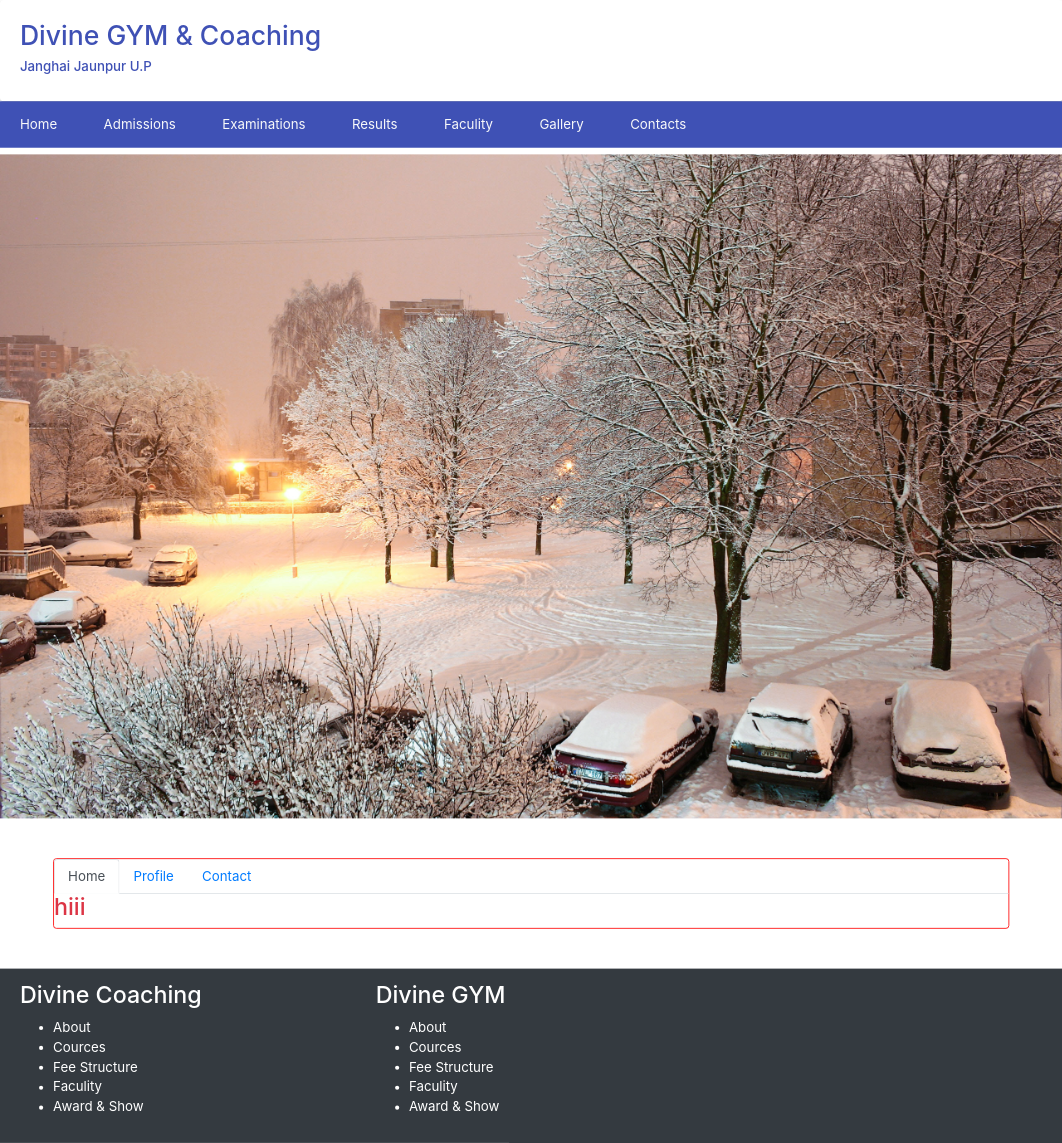
Repository: lalji-yadav/vikash-Coaching-frontend
Page: /gallery
The author's editor kept a copy of each file at every save. The page is drawn from the files as they stood at one save, then again after the next save.
The browser window is 1280 px wide. The pictures show the whole page, at 83% of full size.
The project was rebuilt for these pictures with package versions that can differ from the ones it lists, and the page was loaded fresh each time. Also part of the build but not shown: src/index.css, src/home/home.js, src/component/admission/admission.js, src/component/examination/examination.js, src/component/results/result.js, src/component/faculity/faculity.js.

Above is the page before, as saved 2021-04-11 14:34:48.

### public/index.html
<!DOCTYPE html>
<html lang="en">
  <head>
    <meta charset="utf-8" />
    <link rel="icon" href="%PUBLIC_URL%/favicon.ico" />
    <meta name="viewport" content="width=device-width, initial-scale=1" />
    <meta name="theme-color" content="#000000" />
    <meta
      name="description"
      content="Web site created using create-react-app"
    />


    <link rel="preconnect" href="https://fonts.gstatic.com">
    <link href="https://fonts.googleapis.com/css2?family=Open+Sans:wght@400;700&display=swap" rel="stylesheet">

    <link rel="apple-touch-icon" href="%PUBLIC_URL%/logo192.png" />
    <!--
      manifest.json provides metadata used when your web app is installed on a
      user's mobile device or desktop. See https://developers.google.com/web/fundamentals/web-app-manifest/
    -->
    <link rel="manifest" href="%PUBLIC_URL%/manifest.json" />


    <link rel="preconnect" href="https://fonts.gstatic.com">
<link href="https://fonts.googleapis.com/css2?family=Open+Sans&display=swap" rel="stylesheet">
    <!--
      Notice the use of %PUBLIC_URL% in the tags above.
      It will be replaced with the URL of the `public` folder during the build.
      Only files inside the `public` folder can be referenced from the HTML.

      Unlike "/favicon.ico" or "favicon.ico", "%PUBLIC_URL%/favicon.ico" will
      work correctly both with client-side routing and a non-root public URL.
      Learn how to configure a non-root public URL by running `npm run build`.
    -->
    <title>React App</title>
  </head>
  <body>
    <noscript>You need to enable JavaScript to run this app.</noscript>
    <div id="root"></div>
    <!--
      This HTML file is a template.
      If you open it directly in the browser, you will see an empty page.

      You can add webfonts, meta tags, or analytics to this file.
      The build step will place the bundled scripts into the <body> tag.

      To begin the development, run `npm start` or `yarn start`.
      To create a production bundle, use `npm run build` or `yarn build`.
    -->
  </body>
</html>

### src/App.js
import React from 'react';
import Header from "../src/header/header"
import { BrowserRouter } from 'react-router-dom';
import Footer from '../src/footer/footer'


function App() {
  return (
    <div style={{overflowX:"hidden"}}>

      <BrowserRouter>
          <Header />
      </BrowserRouter>


      {/* <Routers /> */}


      <Footer />

    </div>
  );
}

export default App;

### src/header/header.js
import React, { Component } from 'react';
import {Navbar, Nav } from 'react-bootstrap';
import { Card } from '@material-ui/core';
import { Link } from "react-router-dom";
import Routers from "../router/router"

class header extends Component {
    render() {
        return (
            <div>
                <Card className="py-4 pl-4">
                    <h2 style={{color:"#3f51b5"}}>Divine GYM & Coaching </h2>
                    <h6 style={{color:"#3f51b5"}}>Janghai Jaunpur U.P</h6>
                </Card>

                <Navbar style={{backgroundColor:"#3f51b5"}} variant="light" expand="lg">
                    <Navbar.Toggle aria-controls="basic-navbar-nav" />
                    <Navbar.Collapse id="basic-navbar-nav">
                    <Nav className="text-light">
                        <Nav.Link className="text-light pr-5" as={Link} to="/home">Home</Nav.Link>
                        <Nav.Link className="text-light pr-5" as={Link} to="/admission">Admissions</Nav.Link>
                        <Nav.Link className="text-light pr-5" as={Link} to="/examination">Examinations</Nav.Link>
                        <Nav.Link className="text-light pr-5" as={Link} to="/results">Results</Nav.Link>
                        <Nav.Link className="text-light pr-5" as={Link} to="/faculity">Faculity</Nav.Link>
                        <Nav.Link className="text-light pr-5" as={Link} to="/gallery">Gallery</Nav.Link>
                        <Nav.Link className="text-light pr-5" as={Link} to="/service">Contacts</Nav.Link>

                    </Nav>
                    </Navbar.Collapse>
                </Navbar>

                <Routers> </Routers>

            </div>
        );
    }
}

export default header;

### src/footer/footer.js
import React, { Component } from 'react';
// import { Card } from 'react-bootstrap';

class footer extends Component {
    render() {
        return (
              <div className="row bg-dark text-white mt-5 py-3 pl-4">

                  <div className="col-sm-4">
                  <h3> Divine Coaching </h3>
                  <ul>
                         <li> About </li>
                         <li> Cources </li>
                         <li> Fee Structure </li>
                         <li> Faculity </li>
                         <li> Award & Show </li>
                     </ul>
                  </div>

                  <div className="col-sm-4">
                  <h3> Divine GYM </h3>
                  <ul>
                         <li> About </li>
                         <li> Cources </li>
                         <li> Fee Structure </li>
                         <li> Faculity </li>
                         <li> Award & Show </li>
                     </ul>
                  </div>
              </div>
        );
    }
}

export default footer;

### src/router/router.js
import React, { Component } from 'react';
import {
    Switch,
    Route
  } from "react-router-dom";
  import Home from '../home/home'
  import Admission from "../component/admission/admission"
  import Examination from "../component/examination/examination"
  import Result from "../component/results/result"
  import Faculity from "../component/faculity/faculity"
import Gallery from '../component/gallery/gallery';

class router extends Component {
    render() {
        return (
            <div>
                   <Switch>
                    <Route exact path="/" component={Home} />
                    <Route exact path="/home" component={Home} />
                    <Route exact path="/admission" component={Admission} />
                    <Route exact path="/examination" component={Examination} />
                    <Route exact path="/results" component={Result} />
                    <Route exact path="/faculity" component={Faculity} />
                    <Route exact path="/gallery" component={Gallery} />
                    </Switch>

            </div>
        );
    }
}

export default router;

### src/component/gallery/gallery.js
import React, { Component } from "react";
import { Tab, Tabs } from "react-bootstrap";

class gallery extends Component {

  render() {
    return (

      <div>
        <div className="col-sm-12 mt-2 p-0">
          <img
            style={{ width: "100%", height: "50%" }}
            src={
              process.env.PUBLIC_URL + "/image/gallery/Admin/0 (22) - Copy.jpg"
            }
            alt=""
          />
        </div>

        <div className="mt-5 rounded" style={{ width: "90%", marginLeft: "5%", border:"1px solid red" }}>
          <Tabs defaultActiveKey="Home" id="uncontrolled-tab-example">
            <Tab className="text-danger" eventKey="Home" title="Home">
              <h3>hiii </h3>
            </Tab>
            <Tab eventKey="profile" title="Profile">
              <h3>profile </h3>
            </Tab>
            <Tab eventKey="contact" title="Contact">
              <h3>vghtrh </h3>
            </Tab>
          </Tabs>
        </div>
      </div>
    );
  }
}

export default gallery;

Loaded but not shown: src/index.js (common file); src/serviceWorker.js (common file)

After the next save:
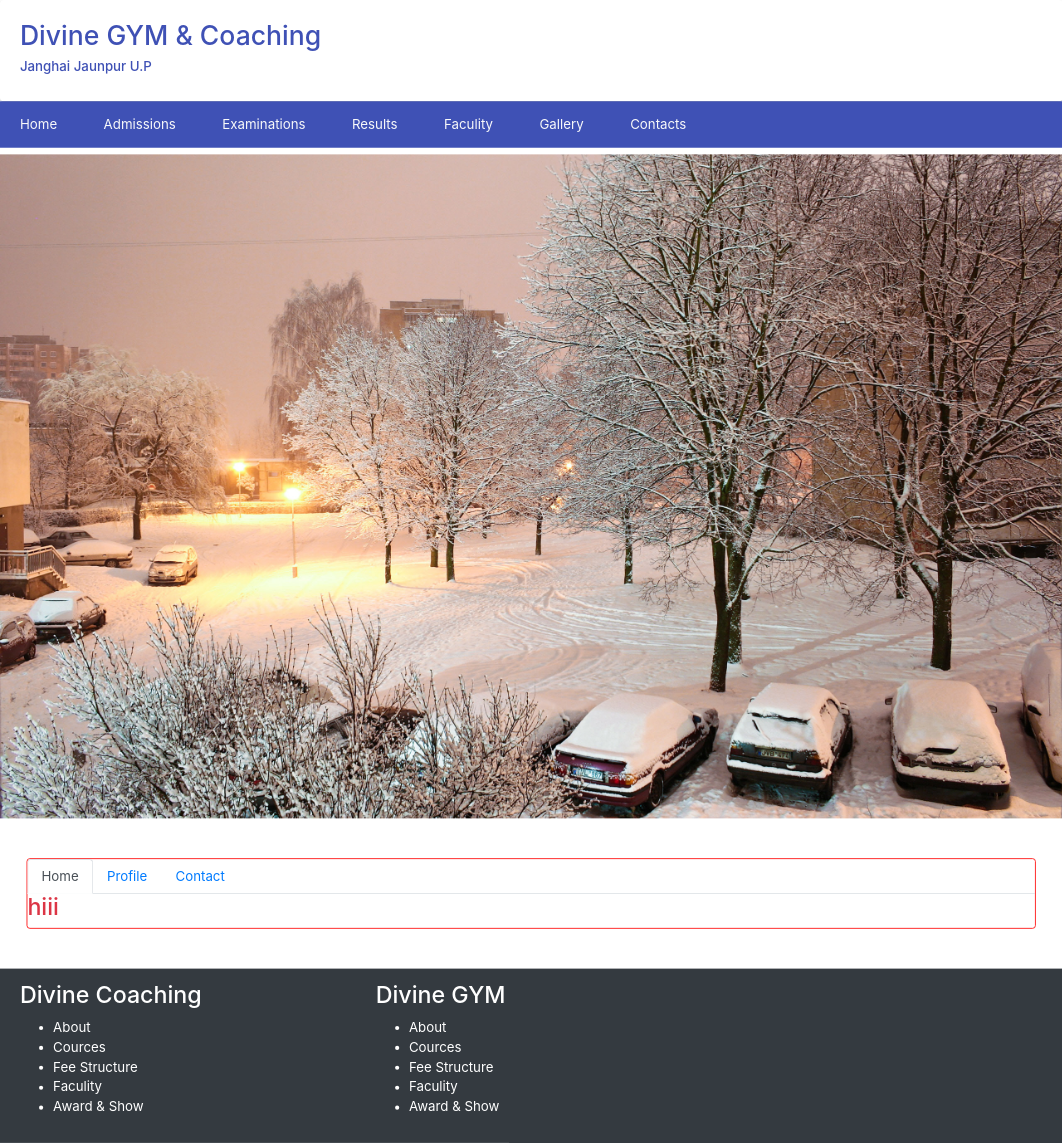
Saved 17 s later.
--- a/src/component/gallery/gallery.js
+++ b/src/component/gallery/gallery.js
@@ -17,7 +17,7 @@ class gallery extends Component {
           />
         </div>
 
-        <div className="mt-5 rounded" style={{ width: "90%", marginLeft: "5%", border:"1px solid red" }}>
+        <div className="mt-5 rounded" style={{ width: "95%", marginLeft: "2.5%", border:"1px solid red" }}>
           <Tabs defaultActiveKey="Home" id="uncontrolled-tab-example">
             <Tab className="text-danger" eventKey="Home" title="Home">
               <h3>hiii </h3>
